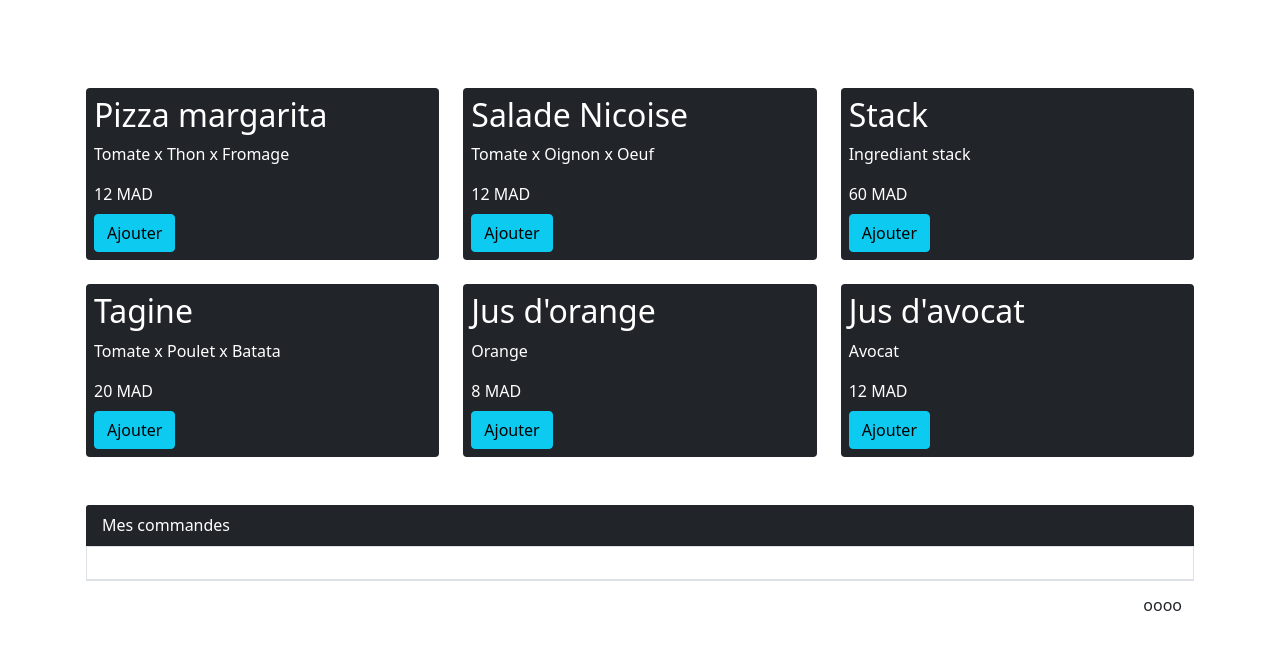
Repository: FS-23/my-restaurant
Page: /
The author's editor kept a copy of each file at every save. The page is drawn from the files as they stood at one save, then again after the next save.
The browser window is 1280 px wide. The pictures show the whole page.
The project was rebuilt for these pictures with package versions that can differ from the ones it lists, and the page was loaded fresh each time.

Above is the page before, as saved 2022-04-29 14:43:19.

After the next save:
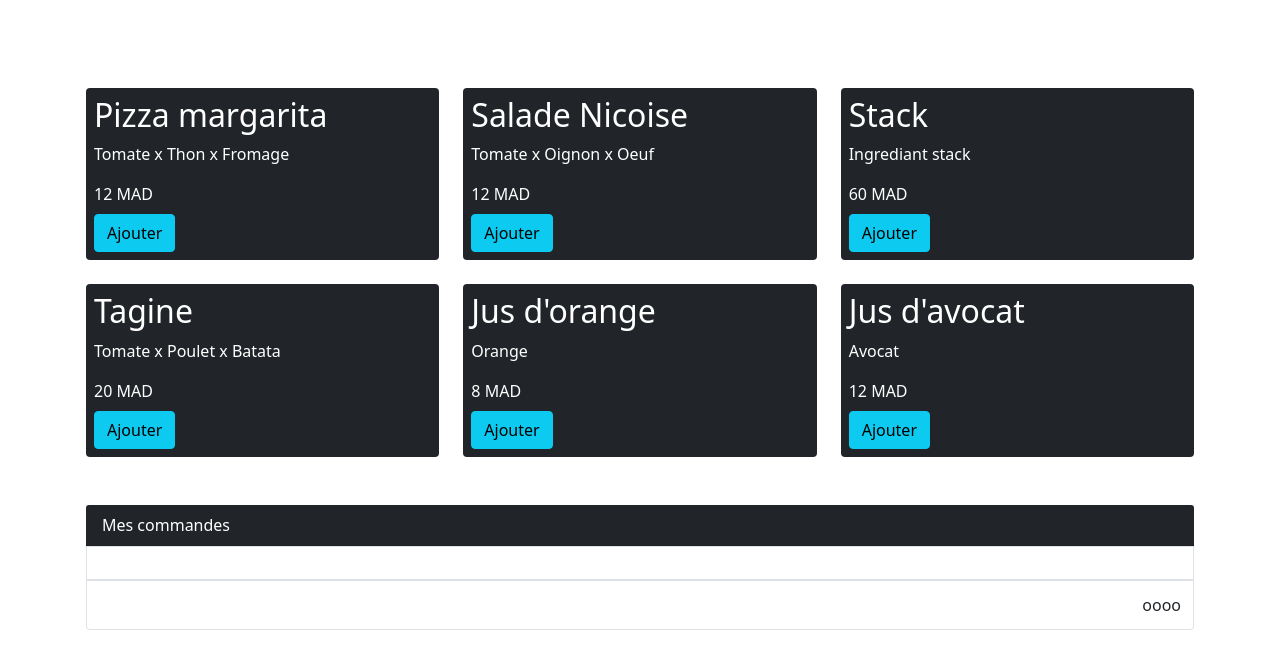
Saved 16 s later.
--- a/src/components/Menu.js
+++ b/src/components/Menu.js
@@ -51,7 +51,7 @@ function Menu(){
                         orders.map((menu , index) =>  <CommandeComponent key={index} plat={menu} />)
                     }
                   </div>
-                  <div className="modal-footer">
+                  <div className="modal-footer border">
                             oooo
                   </div>
 
